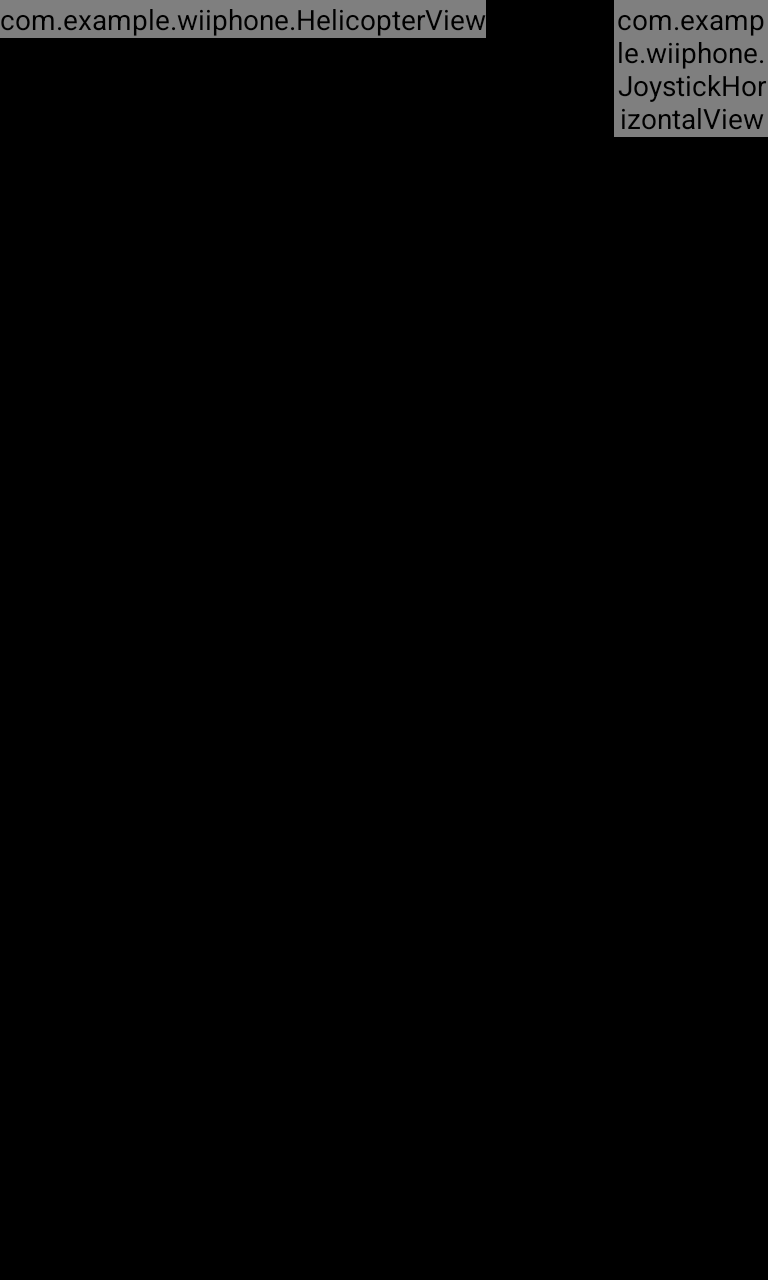
Repository: Malow/PhoneGame
Layout: Android/WiiPhone/res/layout/helicopter_main.xml
These files come from the project's save history. The layout is drawn as it stood at one moment and after the next save; the edit follows.
Pictures or frames that could not be fetched are drawn as grey boxes. It is drawn on a 768 x 1280 px phone screen (xhdpi) without system bars, with theme android:Theme.NoTitleBar.Fullscreen; the app's code is not run.

Above is the layout before, as saved 2013-04-22 14:20:06.

After the next save:
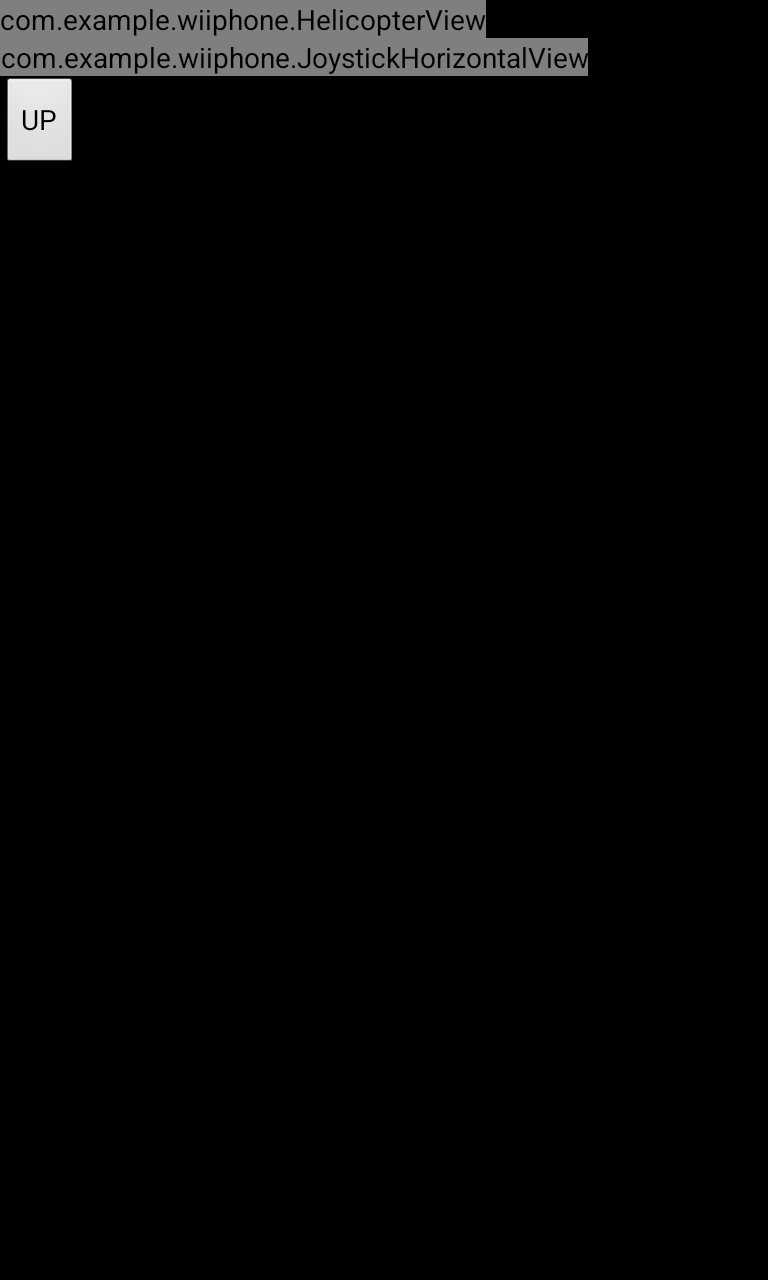
Saved 61 s later.
--- a/Android/WiiPhone/res/layout/helicopter_main.xml
+++ b/Android/WiiPhone/res/layout/helicopter_main.xml
@@ -2,7 +2,7 @@
 <LinearLayout xmlns:android="http://schemas.android.com/apk/res/android"
     android:layout_width="fill_parent"
     android:layout_height="fill_parent"
-    android:orientation="horizontal" >
+    android:orientation="vertical" >
 
         <com.example.wiiphone.HelicopterView
             android:id="@+id/helicopterview"
@@ -18,11 +18,7 @@
         <Button
             android:id="@+id/button1"
             android:layout_width="wrap_content"
-            android:layout_height="wrap_content"/>
-
-        <Button
-            android:id="@+id/button2"
-            android:layout_width="wrap_content"
-            android:layout_height="wrap_content"/>
+            android:layout_height="wrap_content"
+            android:text="@string/button_up" />
 
 </LinearLayout>
